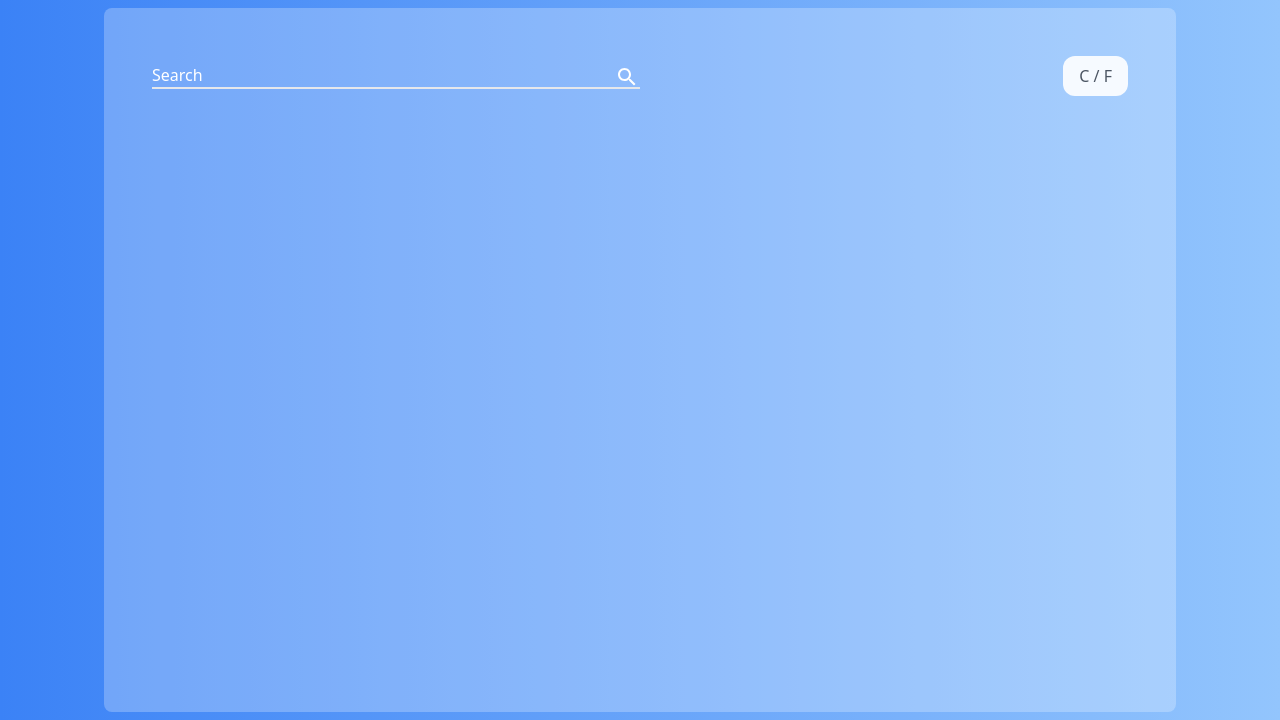
Repository: DevAntonioRogers/react-weatherapp-v2
Page: /
The author's editor kept a copy of each file at every save. The page is drawn from the files as they stood at one save, then again after the next save.
The browser window is 1280 px wide. The pictures show the whole page.
The project was rebuilt for these pictures with package versions that can differ from the ones it lists, and the page was loaded fresh each time. The framework's server and built-in components were replaced by stand-ins that run in the browser. Also part of the build but not shown: next.config.js.

Above is the page before, as saved 2023-05-18 23:25:42.

### app/layout.tsx
import "./globals.css";
import { Inter } from "next/font/google";

export const metadata = {
  title: "Create Next App",
  description: "Generated by create next app",
};

export default function RootLayout({ children }: { children: React.ReactNode }) {
  return (
    <html lang="en">
      <body>{children}</body>
    </html>
  );
}

### app/page.tsx
import Conversion from "./components/Conversion";
import Input from "./components/Input";

export default function Home() {
  return (
    <div className="flex justify-center p-2 bg-cover h-screen bg-gradient-to-r from-blue-500 to-blue-300">
      <div className="bg-white/25 mx-24 w-full rounded-lg p-12">
        <div className="flex justify-between items-center">
          <Input />
          <Conversion />
        </div>
      </div>
    </div>
  );
}

### app/components/Conversion.tsx
import React from "react";

const Conversion = () => {
  return (
    <div className="">
      <button className="rounded-xl bg-white/90 px-4 py-2 text-gray-600">C / F</button>
    </div>
  );
};

export default Conversion;

### app/components/Input.tsx
"use client";

import SearchIcon from "@mui/icons-material/Search";

const Input = () => {
  return (
    <form className="flex items-center w-2/4">
      <input
        type="text"
        className="w-full bg-transparent border-b-2 placeholder-white outline-none text-white"
        placeholder="Search"
      />
      <div className="ml-[-25px] text-white cursor-pointer">
        <SearchIcon />
      </div>
    </form>
  );
};

export default Input;

Loaded but not shown: app/globals.css (common file); tailwind.config.js (common file)

After the next save:
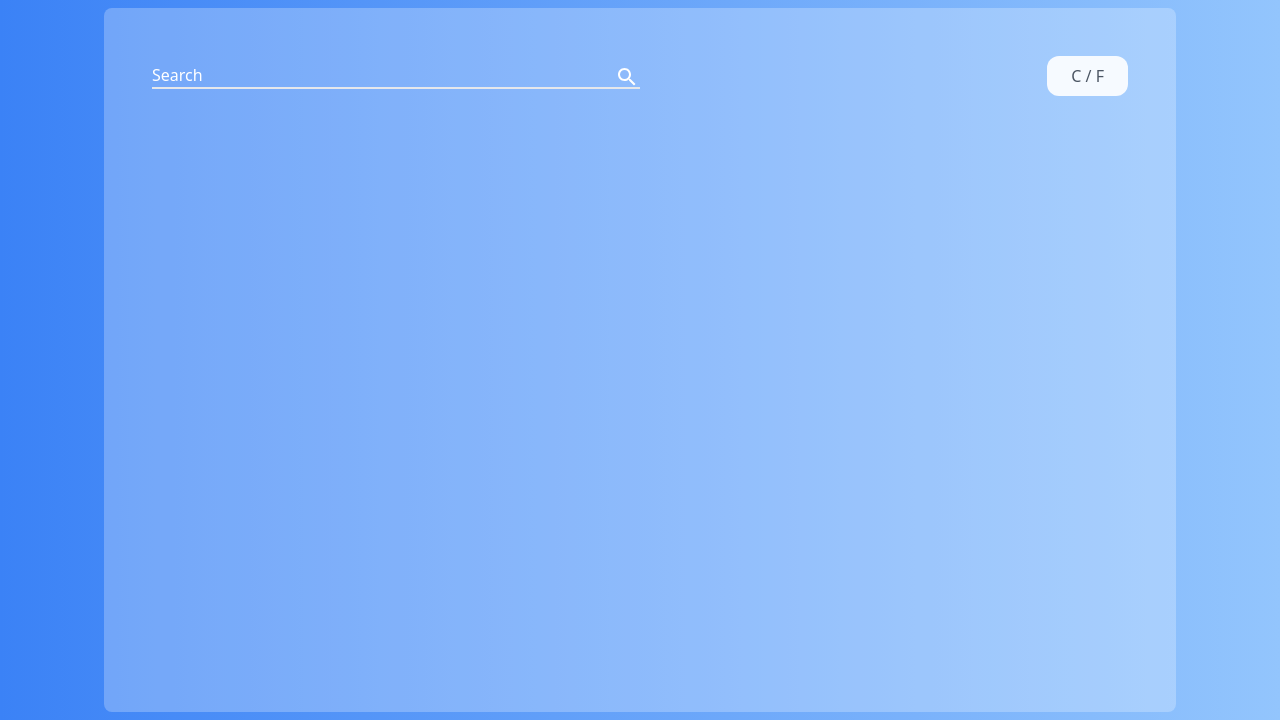
Saved 17 s later.
--- a/app/components/Conversion.tsx
+++ b/app/components/Conversion.tsx
@@ -3,7 +3,7 @@ import React from "react";
 const Conversion = () => {
   return (
     <div className="">
-      <button className="rounded-xl bg-white/90 px-4 py-2 text-gray-600">C / F</button>
+      <button className="rounded-xl bg-white/90 px-6 py-2 text-gray-600">C / F</button>
     </div>
   );
 };
